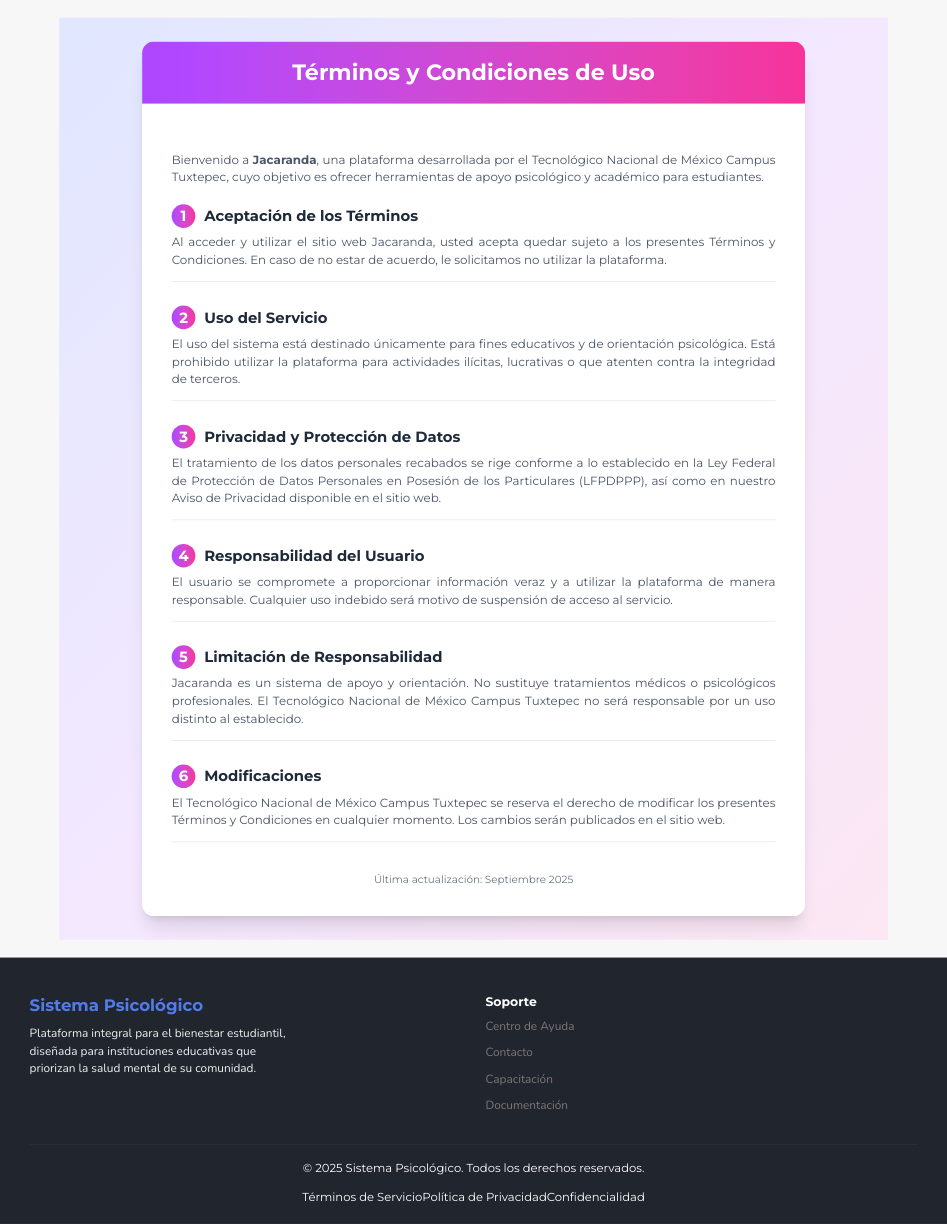
Repository: moon1710/SistemaPsico
Page: /terminos (app in client/)
An editor plug-in stored every save of this project. The page is shown before and after the next save, followed by the edit.
The browser window is 1280 px wide. The pictures show the whole page, at 74% of full size.
The project was rebuilt for these pictures with package versions that can differ from the ones it lists, and the page was loaded fresh each time. Also part of the build but not shown: client/vite.config.js, client/src/components/onboarding/onboardingConfig.js, client/src/components/onboarding/TutorialSteps.jsx, client/src/components/onboarding/WelcomeForm.jsx, client/src/components/onboarding/OnboardingModal.jsx, client/src/components/layout/AdaptiveSidebar/sidebarConfig.jsx, client/src/components/layout/AdaptiveSidebar/MenuItem.jsx, client/src/components/layout/AdaptiveSidebar/SidebarHeader.jsx and 40 more.

Above is the page before, as saved 2025-09-22 15:45:49.

After the next save:
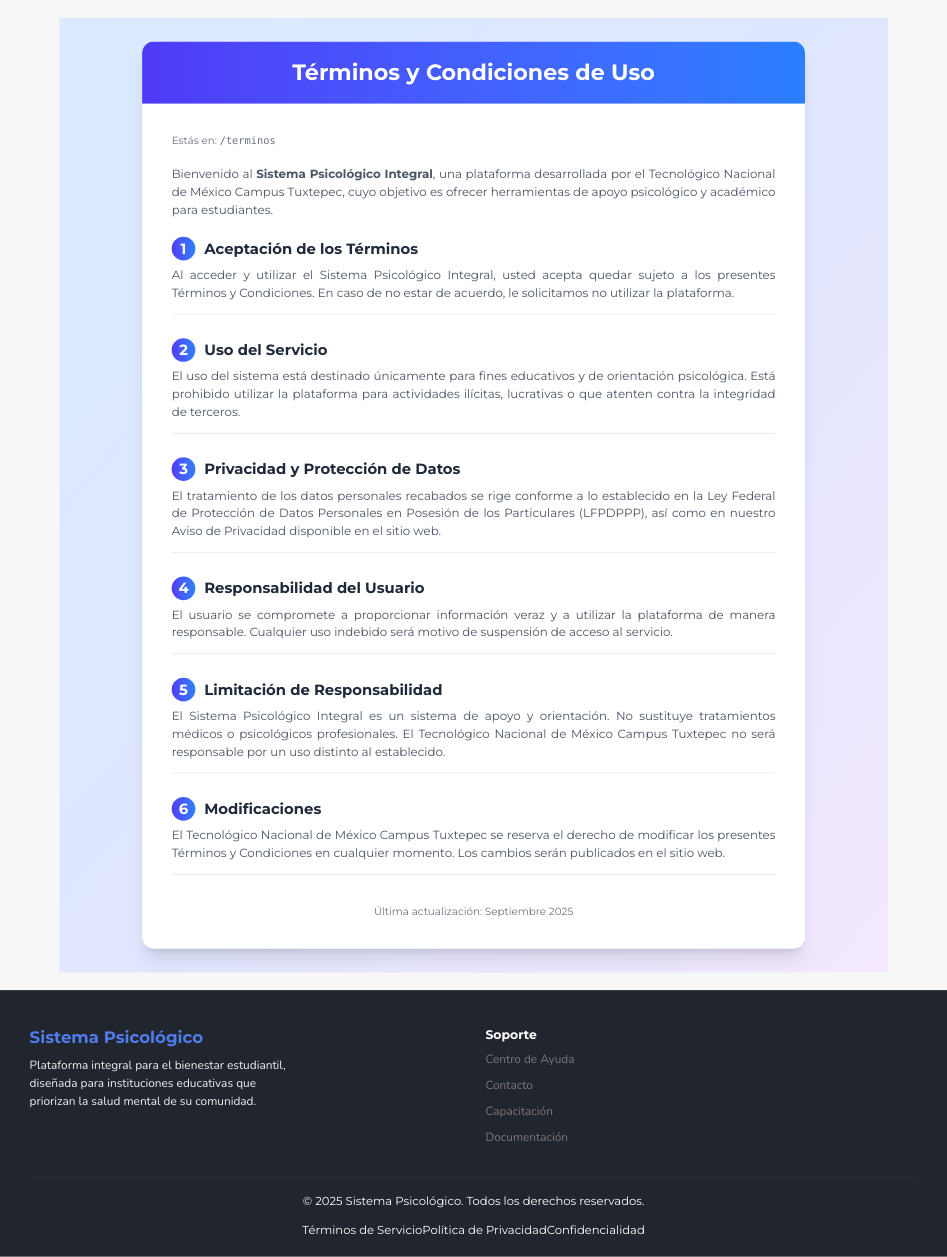
Saved 2 min 45 s later.
--- a/client/src/pages/TerminosPage.jsx
+++ b/client/src/pages/TerminosPage.jsx
@@ -1,14 +1,14 @@
 // src/pages/TerminosPage.jsx
-
+import { useLocation } from "react-router-dom";
 
 export default function TerminosPage() {
-
+  const { pathname } = useLocation();
 
   return (
-      <div className="min-h-screen w-full bg-gradient-to-br from-indigo-100 via-purple-100 to-pink-100 p-8 flex items-center justify-center">
+    <div className="min-h-screen w-full bg-gradient-to-br from-blue-100 via-indigo-100 to-purple-100 p-8 flex items-center justify-center">
       <div className="max-w-4xl w-full bg-white shadow-xl rounded-2xl overflow-hidden">
         {/* Encabezado con barra de color */}
-        <div className="bg-gradient-to-r from-purple-500 to-pink-500 p-6">
+        <div className="bg-gradient-to-r from-indigo-600 to-blue-500 p-6">
           <h1 className="text-3xl font-bold text-white text-center">
             Términos y Condiciones de Uso
           </h1>
@@ -17,20 +17,21 @@ export default function TerminosPage() {
         {/* Contenido */}
         <div className="p-10">
           <p className="text-sm text-gray-500 mb-6">
+            Estás en: <code>{pathname}</code>
           </p>
 
           <p className="text-gray-600 mb-6 text-justify">
-            Bienvenido a <strong>Jacaranda</strong>, una plataforma desarrollada
-            por el Tecnológico Nacional de México Campus Tuxtepec, cuyo objetivo
-            es ofrecer herramientas de apoyo psicológico y académico para
-            estudiantes.
+            Bienvenido al <strong>Sistema Psicológico Integral</strong>, una
+            plataforma desarrollada por el Tecnológico Nacional de México Campus
+            Tuxtepec, cuyo objetivo es ofrecer herramientas de apoyo psicológico
+            y académico para estudiantes.
           </p>
 
           {/* Secciones */}
           <Section
             number="1"
             title="Aceptación de los Términos"
-            text="Al acceder y utilizar el sitio web Jacaranda, usted acepta quedar sujeto a los presentes Términos y Condiciones. En caso de no estar de acuerdo, le solicitamos no utilizar la plataforma."
+            text="Al acceder y utilizar el Sistema Psicológico Integral, usted acepta quedar sujeto a los presentes Términos y Condiciones. En caso de no estar de acuerdo, le solicitamos no utilizar la plataforma."
           />
           <Section
             number="2"
@@ -50,7 +51,7 @@ export default function TerminosPage() {
           <Section
             number="5"
             title="Limitación de Responsabilidad"
-            text="Jacaranda es un sistema de apoyo y orientación. No sustituye tratamientos médicos o psicológicos profesionales. El Tecnológico Nacional de México Campus Tuxtepec no será responsable por un uso distinto al establecido."
+            text="El Sistema Psicológico Integral es un sistema de apoyo y orientación. No sustituye tratamientos médicos o psicológicos profesionales. El Tecnológico Nacional de México Campus Tuxtepec no será responsable por un uso distinto al establecido."
           />
           <Section
             number="6"
@@ -71,7 +72,7 @@ function Section({ number, title, text }) {
   return (
     <div className="mb-8">
       <h2 className="flex items-center text-xl font-semibold text-gray-800 mb-2">
-        <span className="flex items-center justify-center w-8 h-8 mr-3 rounded-full bg-gradient-to-r from-purple-500 to-pink-500 text-white font-bold">
+        <span className="flex items-center justify-center w-8 h-8 mr-3 rounded-full bg-gradient-to-r from-indigo-600 to-blue-500 text-white font-bold">
           {number}
         </span>
         {title}
